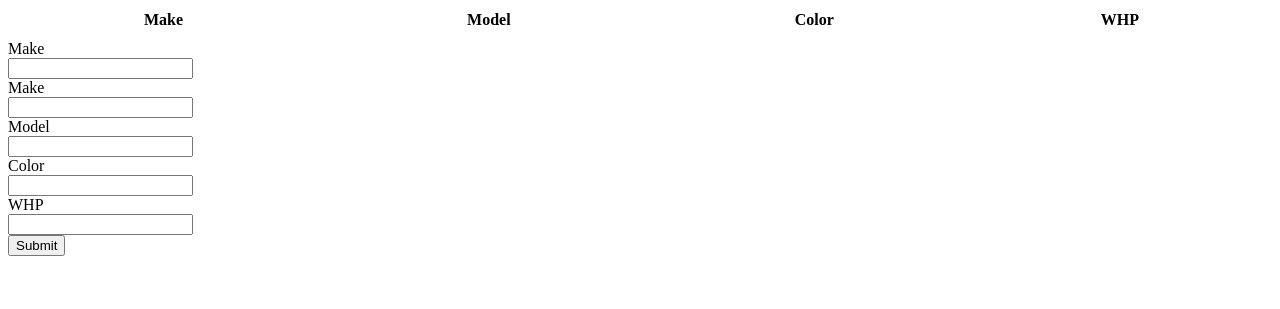
Repository: dburn22/eventTracker
Page: GarageRest/WebContent/garageIndex.html
These files come from the project's save history. The page is drawn as it stood at one moment and after the next save; the edit follows.
The browser window is 1280 px wide. The pictures show the whole page.
The page's requests for data from a server got no answer. Some web libraries are served in a nearby version.

Above is the page before, as saved 2017-04-22 18:01:03.

After the next save:
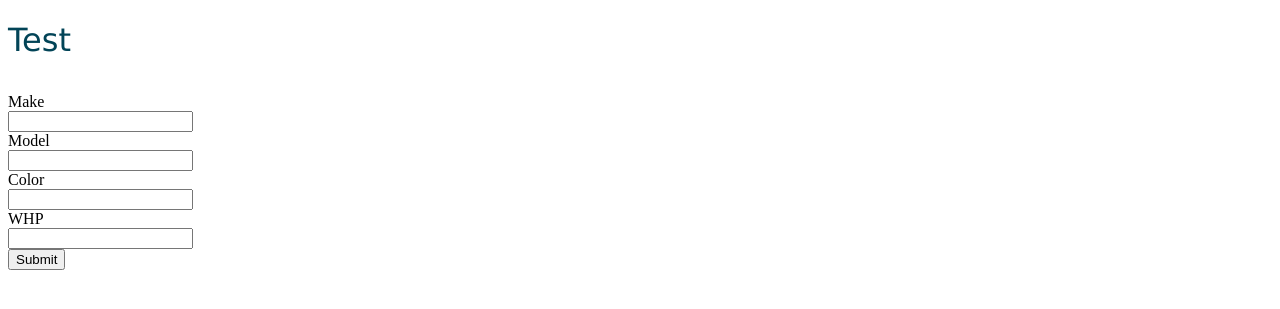
Saved 106 s later.
--- a/GarageRest/WebContent/garageIndex.html
+++ b/GarageRest/WebContent/garageIndex.html
@@ -8,12 +8,13 @@
     <link rel="stylesheet" type="text/css" href="table.css">
 </head>
 <body>
+<h1>Test</h1>
 <table style="width:100%">
   <tr>
-    <th>Make</th>
+    <!-- <th>Make</th>
     <th>Model</th>
     <th>Color</th>
-    <th>WHP</th>
+    <th>WHP</th> -->
   </tr>
   <tr>
     <td></td>
@@ -28,8 +29,7 @@
 </table>
 <div id='content'></div>
   <form name="create">
-    Make<br>
-    <input type="text" name="id"><br>
+
     Make<br>
     <input type="text" name="make"><br>
     Model<br>
